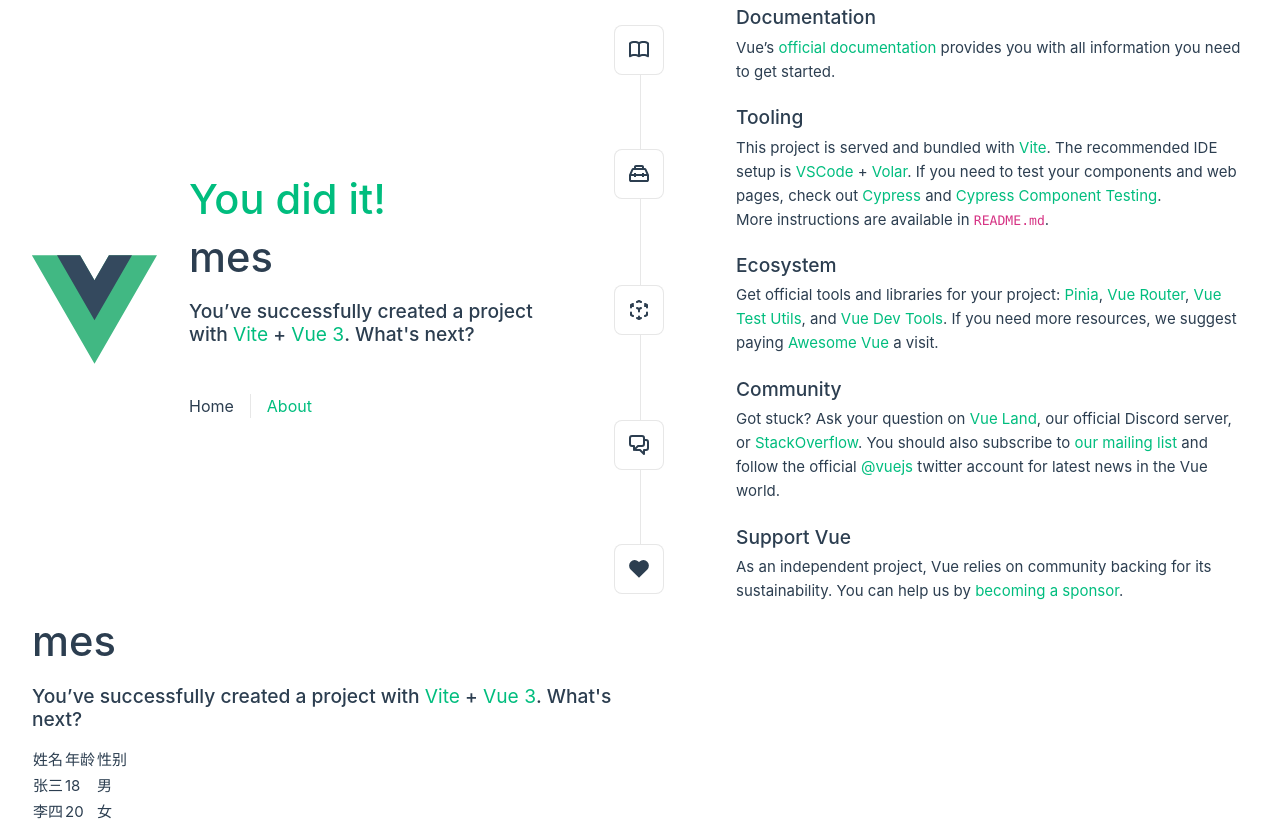
Repository: yuandinghh/vue
Page: /
An editor plug-in stored every save of this project. The page is shown before and after the next save, followed by the edit.
The browser window is 1280 px wide. The pictures show the whole page.
The project was rebuilt for these pictures with package versions that can differ from the ones it lists, and the page was loaded fresh each time. Also part of the build but not shown: vite.config.ts.

Above is the page before, as saved 2023-03-21 23:48:46.

After the next save:
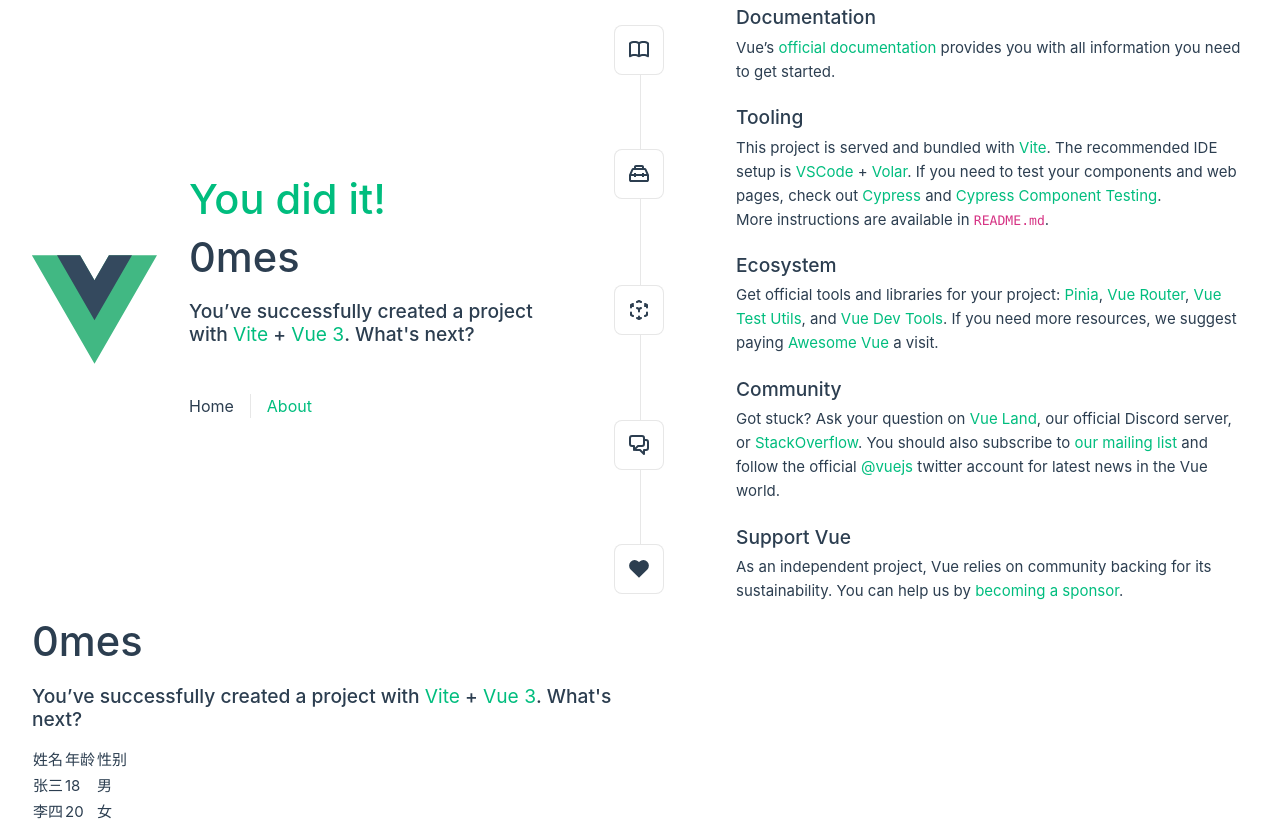
Saved 31 s later.
--- a/src/components/HelloWorld.vue
+++ b/src/components/HelloWorld.vue
@@ -30,7 +30,7 @@
 <template>
   <div class="greetings">
     <h1 class="green">{{ msg }}</h1>
-    <h1>{{mes}}mes</h1>
+    <h1>{{state.count}}mes</h1>
     <h3>
       You’ve successfully created a project with
       <a
